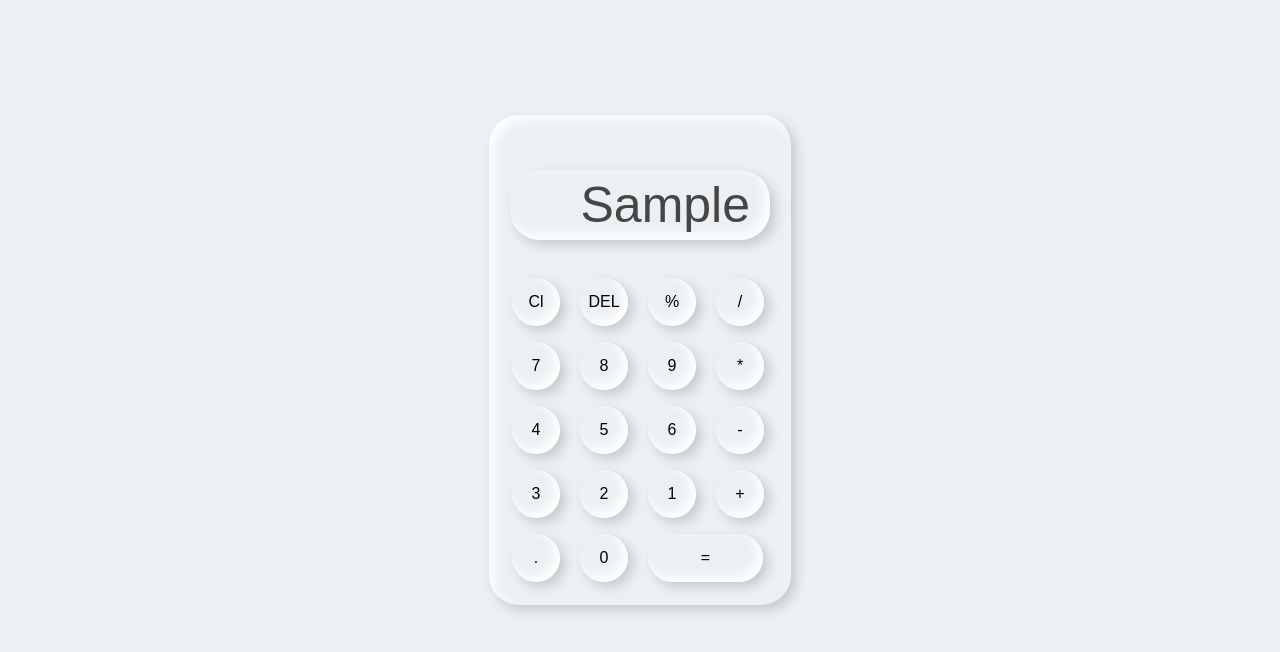
Repository: Mayur2905/OIBSIP
Page: Task-3/index.html
The author's editor kept a copy of each file at every save. The page is drawn from the files as they stood at one save, then again after the next save.
The browser window is 1280 px wide. The pictures show the whole page.
Empty fields were first filled with sample values (such as "Sample", 5 or name@example.com).
After loading, the first visible `button[onclick="del()"]` was clicked once.

Above is the page before, as saved 2022-02-02 14:20:29.
Console error: ReferenceError: del is not defined

After the next save:
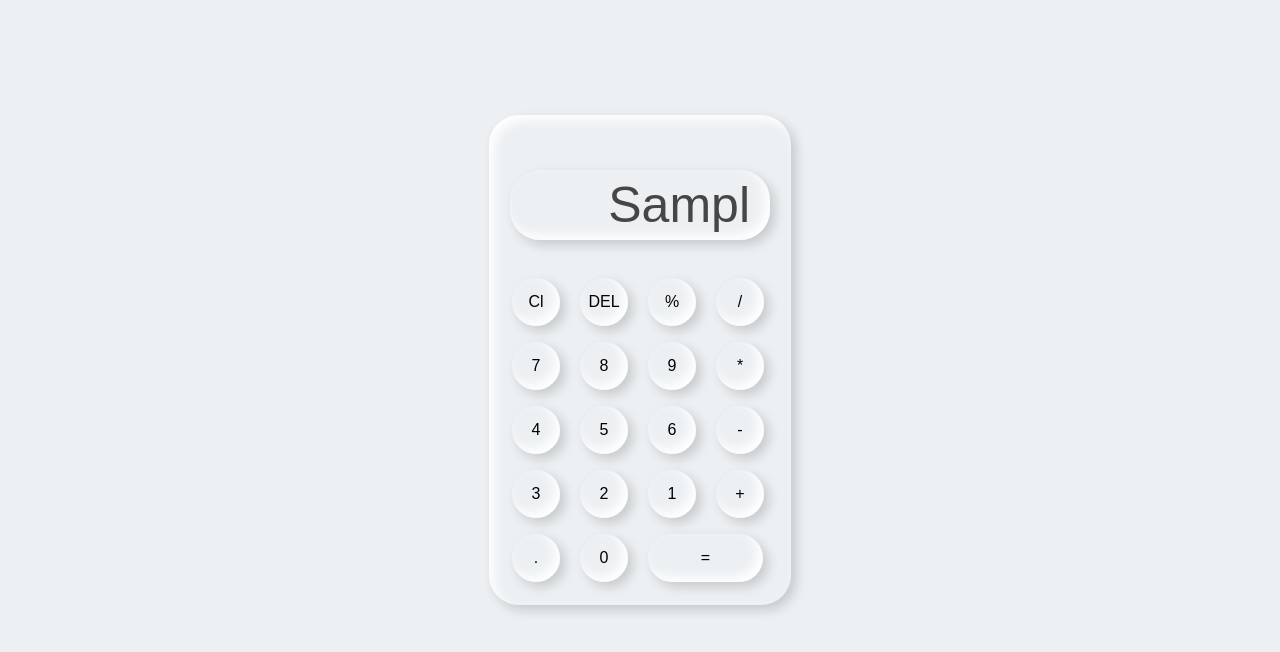
The error is gone.
Saved 2 min 58 s later.
--- a/Task-3/function.js
+++ b/Task-3/function.js
@@ -16,3 +16,7 @@ function Calculate(){
 function Clear(){
     outputScreen.value="";
 }
+
+function del(){
+    outputScreen.value = outputScreen.value.slice(0,-1)
+}
